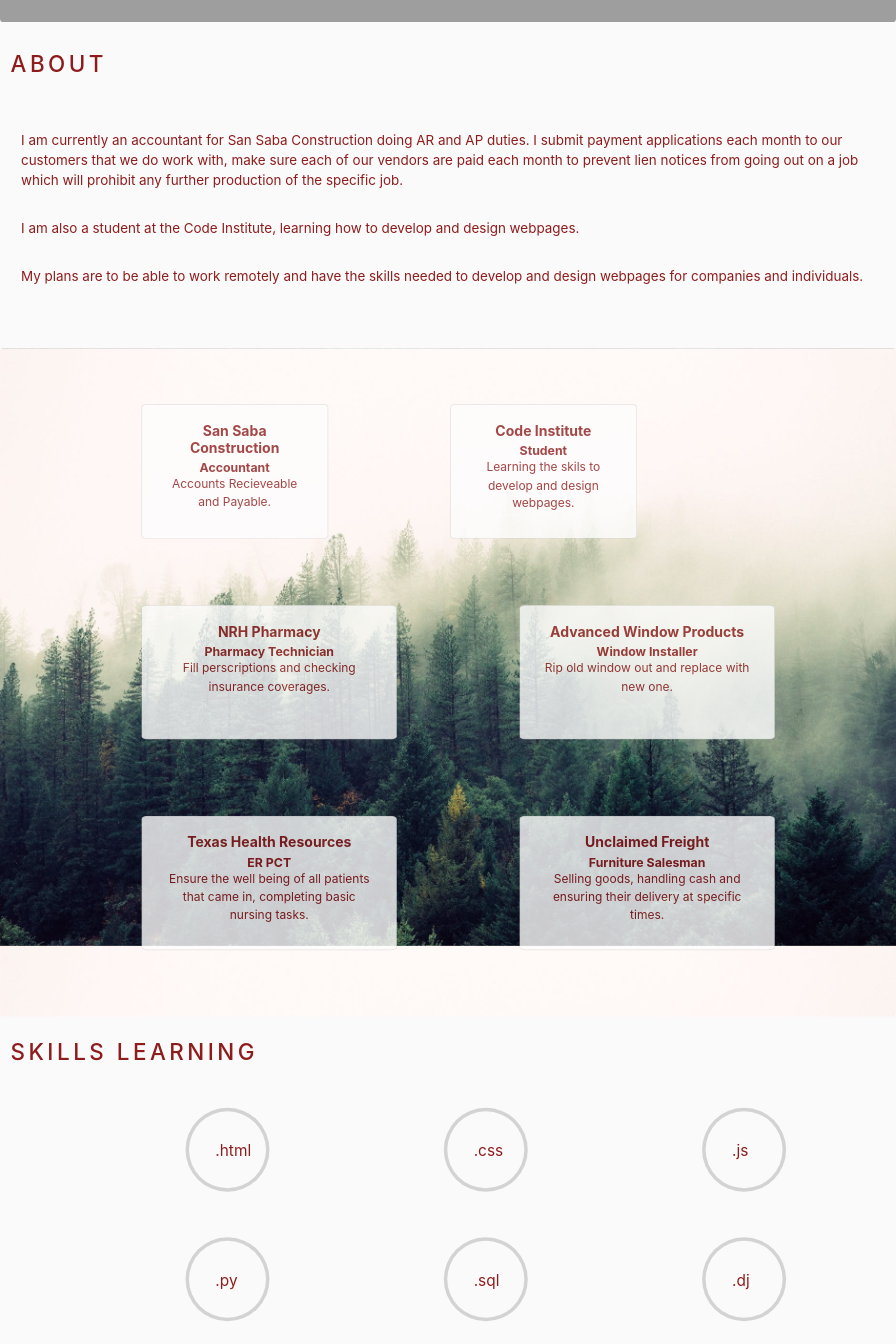
Repository: sshields9591/user-centric-project
Page: index.html
The author's editor kept a record of every edit. The page is drawn from the files as they stood at one moment, then again after the next edit.
The browser window is 1280 px wide. The pictures show the part of the page from y = 688 to 2608 px (the page is 3602 px tall), at 70% of full size.
Pictures or frames that could not be fetched are drawn as grey boxes. Backgrounds fixed to the window are drawn as part of the page. Some web libraries are served in a nearby version.

Above is the page before.

After the next edit:
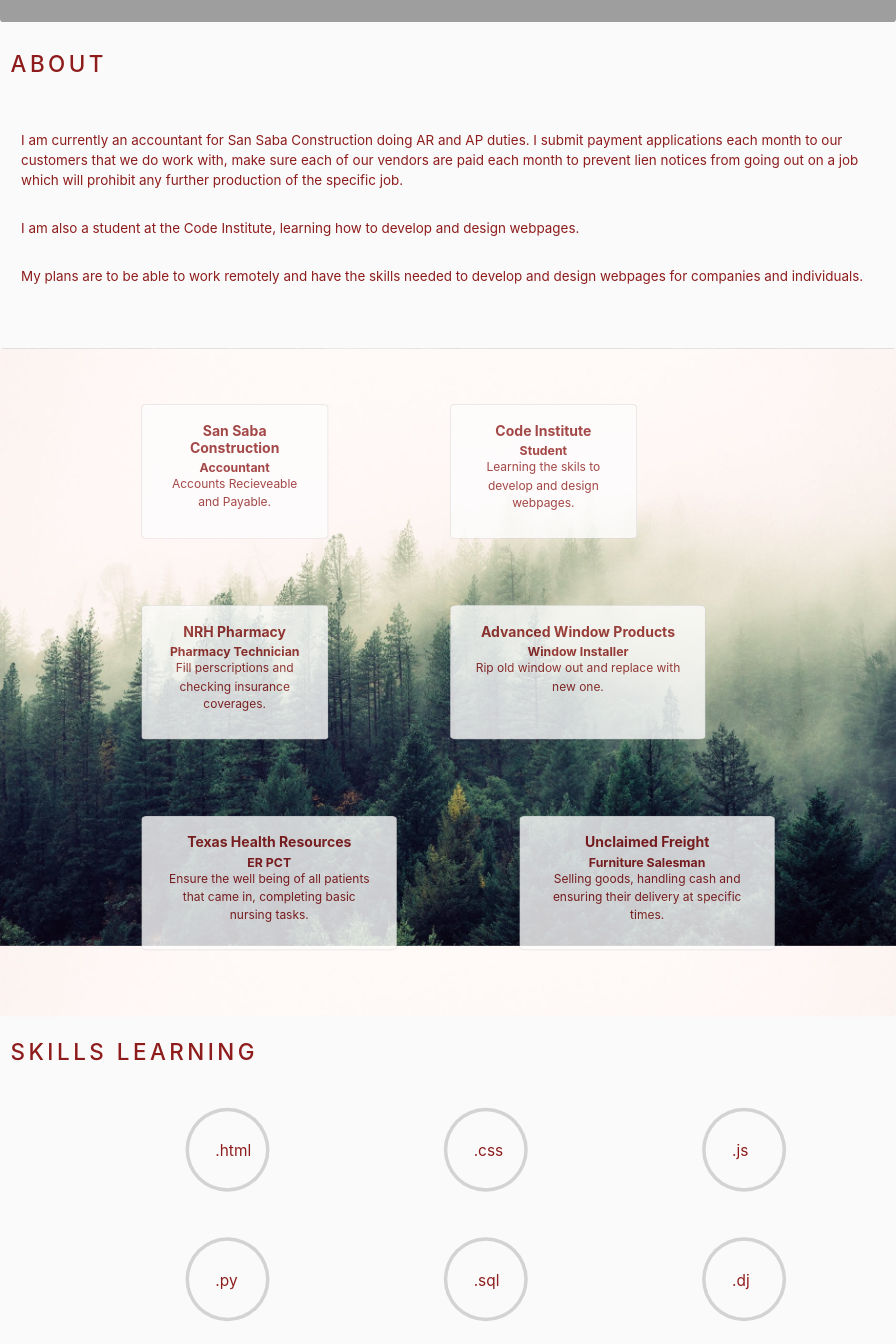
The edit:
--- a/index.html
+++ b/index.html
@@ -103,7 +103,7 @@
                     </div>
                 </div>
             </div>
-            <div class="col col-md-4 project-cards">
+            <div class="col col-md-3 project-cards">
                 <div class="card">
                     <div class="card-body">
                         <h5 class="card-title">NRH Pharmacy</h5>
